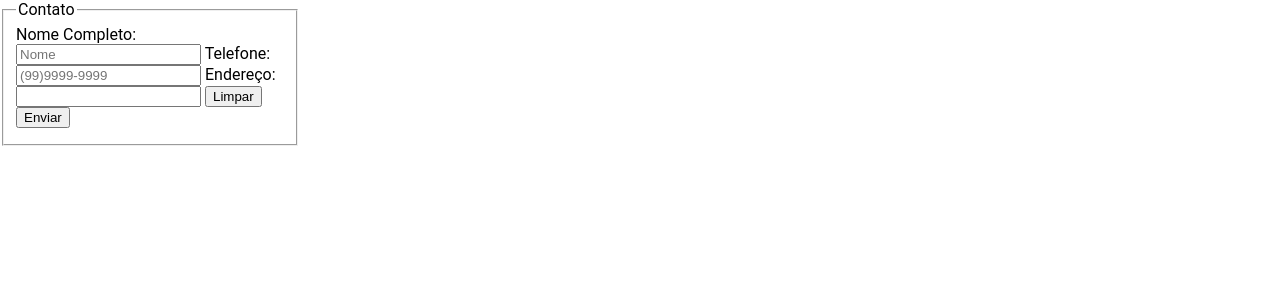
Repository: PedroViniciusVeiga/ProjetoColdigo
Page: exemploServlet/WebContent/contato.html
These files come from the project's save history. The page is drawn as it stood at one moment and after the next save; the edit follows.
The browser window is 1280 px wide. The pictures show the whole page.

Above is the page before, as saved 2021-04-07 02:13:19.

### exemploServlet/WebContent/contato.html
<!DOCTYPE html>
<html>
<head>
<meta charset="UTF-8">
<title>Registro de Contatos</title>
<link rel="stylesheet" type="text/css" href="css/siteContato.css">

</head>

<body>
<section>
<div class="blocoForm">
	<form name="dadosdecontato" method="post" action="#" class="formContato">
		<fieldset>
			<legend>Contato</legend>
			<label for="nome">Nome Completo:</label> <input type="text" name="txtnome"  id="nome" placeholder="Nome">
			<label for="fone">Telefone:</label> <input type="text" name="txtfone" placeholder=(99)9999-9999 id="fone">
			<label for="end">Endereço:</label> <input type="text" name="txtend"  id="end">
			<button type="reset">Limpar</button> <button type="submit" id="enviar">Enviar</button>
			<table>
				<tr>

					<td></td>
				</tr>
			</table>
		</fieldset>
	</form>
	</div>
</section>
</body>

</html>

### exemploServlet/WebContent/css/siteContato.css
@charset "UTF-8";

			/*Corpo da página*/

body {
	margin: 0 auto;
	font-family: "Roboto", sans-serif;
}

section{
	clear:both;
	min-height:300px;
	width: 100%;
	margin-top:0px;
}

.blocoForm{
	float:left;
	width: 300px;
	height: 400px;
}

After the next save:
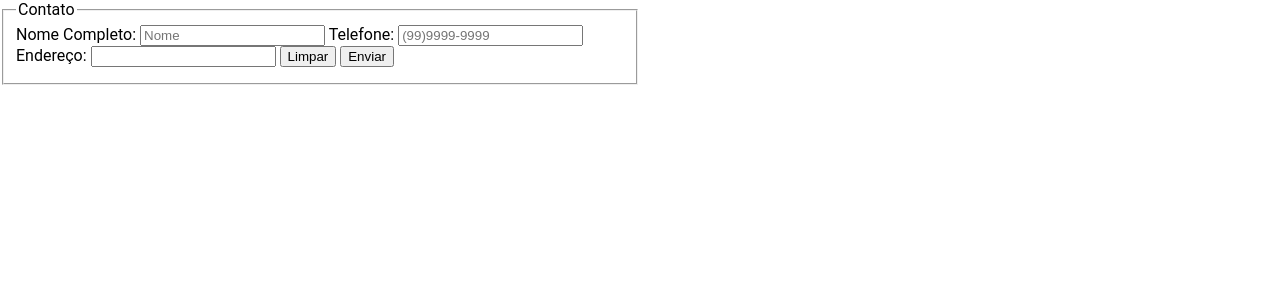
Saved 2 min 27 s later.
--- a/exemploServlet/WebContent/css/siteContato.css
+++ b/exemploServlet/WebContent/css/siteContato.css
@@ -16,6 +16,6 @@ section{
 
 .blocoForm{
 	float:left;
-	width: 300px;
+	width: 50%;
 	height: 400px;
 }
